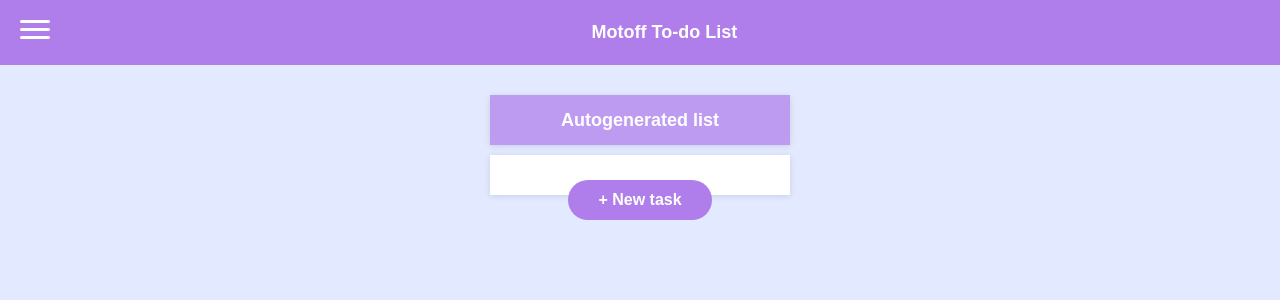
Repository: Amad-Mlinka/Todo-List-Vanilla-JS
Page: index.html
An editor plug-in stored every save of this project. The page is shown before and after the next save, followed by the edit.
The browser window is 1280 px wide. The pictures show the whole page.
The page's requests for data from a server got no answer.

Above is the page before, as saved 2021-09-15 15:15:51.

### index.html
<!DOCTYPE html>
<html lang="en">
  <head>
    <meta charset="UTF-8" />
    <meta http-equiv="X-UA-Compatible" content="IE=edge" />
    <meta name="viewport" content="width=device-width, initial-scale=1.0" />
    <title>ToDo list</title>
    <link rel="stylesheet" href="/styles/style.css" />
    <link rel="stylesheet" href="/styles/hamburger.css" />
    <link rel="stylesheet" href="/styles/header.css" />
    <script
  src="https://code.jquery.com/jquery-3.6.0.slim.min.js"
  integrity="sha256-u7e5khyithlIdTpu22PHhENmPcRdFiHRjhAuHcs05RI="
  crossorigin="anonymous"></script>
    <script src="script.js"></script>
  </head>
  <body>
    <div class="headerContainer">
      <div class="header">
        <div class="hamburger" id="hamburger">
          <span></span>
          <span></span>
          <span></span>
        </div>
        <div class="titleContainer">
          <span class="title">Motoff To-do List</span>
        </div>
      </div>

      <div class="sidebar"></div>
    </div>
    <div class="container">
      <div class="listContainer">
        <div class="listItem" id="autogenerated">
          <div class="todoHeader">Autogenerated list</div>
          <div class="todoData">

          </div>
          <div class="addBtnContainer">
            <div class="addTaskBtn">+ New task</div>
          </div>
        </div>
      </div>
    </div>
  </body>
</html>

### styles/style.css
* {
  padding: 0;
  margin: 0;
}

body {
  background-color: rgb(227, 233, 255);
}
.container {
  display: flex;
  flex-direction: column;
  width: 80%;
  margin: auto;
}
.listContainer {
  width: 100%;
  display: flex;
  flex-direction: row;
  flex-wrap: wrap;
  justify-content: center;
}
.listItem {
  display: flex;
  flex-direction: column;
  width: 300px;
  margin: 30px;

}
.todoHeader {
  width: 100%;
  padding: 10px 0px;
  display: flex;
  justify-content: center;
  align-items: center;
  height: 30px;
  background: #af7eeab9;
  font-family: sans-serif;
  font-size: 18px;
  font-weight: bolder;
  color: white;
  margin-bottom: 10px;
  box-shadow: 0px 1px 6px 0px rgb(0 0 0 / 12%);
  -webkit-box-shadow: 0px 1px 6px 0px rgb(0 0 0 / 12%);
  -moz-box-shadow: 0px 1px 6px 0px rgb(0 0 0 / 12%);
}
.todoData {
  display: flex;
  flex-direction: column;
  background: #fff;
  padding: 20px;
  box-shadow: 0px 1px 6px 0px rgb(0 0 0 / 12%);
  -webkit-box-shadow: 0px 1px 6px 0px rgb(0 0 0 / 12%);
  -moz-box-shadow: 0px 1px 6px 0px rgb(0 0 0 / 12%);
}
.todoItem {
  display: flex;
  width: 100%;
  justify-content: space-between;
  margin: 10px 0;
}
.checkDescription {
  width: fit-content;
  max-width: 90%;
  display: flex;
  align-items: center;
}
.todoCheck {
  margin-right: 20px;
}

.deleteIcon {
  width: 13px;
  color: #b7bac9;
}
.checkCircle {
  width: 1.3em;
  height: 1.3em;
  background-color: white;
  border-radius: 50%;
  vertical-align: middle;
  border: 2px solid #b7bac9;
  appearance: none;
  -webkit-appearance: none;
  outline: none;
  cursor: pointer;
}
.checkCircle:checked {
  background-color: #af7eeab9;
}
.todoDescription {
  font-family: sans-serif;
  font-size: 16px;
  font-weight: bolder;
  color: #b7bac9;
  overflow-wrap: anywhere;
}

.addBtnContainer {
  margin: -15px auto 0px auto;
  height: 30px;
  padding: 5px 30px;
  border-radius: 20px;
  background: #af7eea;
  font-family: sans-serif;
  font-weight: bolder;
  color: #fff;
  display: flex;
  align-items: center;
  cursor: pointer;
  transition: all 0.3s ease-in-out;
}
.addBtnContainer:hover {
  transform: scale(1.1);
  transition: all 0.3s ease-in-out;
}

### styles/hamburger.css

  .hamburger {
    width: 30px;
    height: 25px;
    position: relative;
    -webkit-transform: rotate(0deg);
    -moz-transform: rotate(0deg);
    -o-transform: rotate(0deg);
    transform: rotate(0deg);
    -webkit-transition: 0.5s ease-in-out;
    -moz-transition: 0.5s ease-in-out;
    -o-transition: 0.5s ease-in-out;
    transition: 0.5s ease-in-out;
    cursor: pointer;
    margin: 10px;
  }

  .hamburger span {
    position: absolute;
    height: 3px;
    width: 30px;
    background: white;
    border-radius: 10px;
    opacity: 1;
    left: 0;
    -webkit-transform: rotate(0deg);
    -moz-transform: rotate(0deg);
    -o-transform: rotate(0deg);
    transform: rotate(0deg);
    -webkit-transition: 0.25s ease-in-out;
    -moz-transition: 0.25s ease-in-out;
    -o-transition: 0.25s ease-in-out;
    transition: 0.25s ease-in-out;
  }


  .hamburger span:nth-child(1) {
  top: 0px;
  -webkit-transform-origin: left center;
  -moz-transform-origin: left center;
  -o-transform-origin: left center;
  transform-origin: left center;
  }

  .hamburger span:nth-child(2) {
  top: 8px;
  -webkit-transform-origin: left center;
  -moz-transform-origin: left center;
  -o-transform-origin: left center;
  transform-origin: left center;
  }

  .hamburger span:nth-child(3) {
  top: 16px;
  -webkit-transform-origin: left center;
  -moz-transform-origin: left center;
  -o-transform-origin: left center;
  transform-origin: left center;
  }

  .hamburger.open span:nth-child(1) {
  -webkit-transform: rotate(45deg);
  -moz-transform: rotate(45deg);
  -o-transform: rotate(45deg);
  transform: rotate(45deg);
  top: -3px;
  left: 4px;
  }

  .hamburger.open span:nth-child(2) {
  width: 0%;
  opacity: 0;
  }

  .hamburger.open span:nth-child(3) {
  -webkit-transform: rotate(-45deg);
  -moz-transform: rotate(-45deg);
  -o-transform: rotate(-45deg);
  transform: rotate(-45deg);
  top: 18px;
  left: 4px;
  }

### styles/header.css
.header{
    display: flex;
    flex-direction: row;
    justify-content:space-between;
    background-color:#af7eea;
    padding: 10px;
}
.titleContainer{
    width: 100%;
    display: flex;
}
.title{
    color: white;
    margin: auto;
    font-family: sans-serif;
    font-size:18px;
    font-weight: bolder;
}

### script.js
var getTodos = async () => {
    var res = await fetch("https://jsonplaceholder.typicode.com/todos");
    var todosFull = await res.json();
    var todos = todosFull.slice(0, 20);
    console.log("Todos loaded")
    return todos;
}
var todoList = {
    todos: [],
    addTodo: function ({ userId, id, title, completed }) {
        this.todos.push({
            userId: userId,
            id: id,
            title: title,
            completed: completed,
        });
    },
    deleteTodo: function (position) {
        this.todos.splice(position, 1);
    },
    toggleCompleted: function (position) {
        var todo = this.todos[position];
        todo.completed = !todo.completed;
    },
};
const test = (i) => {
    console.log(i)
}

$(async () => {
    const hamburger = $("#hamburger")
    hamburger.click(function () {
        $(this).hasClass("open") ? $(this).removeClass("open") : $(this).addClass("open")
    })
    console.log("Hamburger loaded");

    const todos = await getTodos();
    todos.forEach(todo => todoList.addTodo(todo))
    console.log(todoList)
    var list=$(".todoData")

    todoList.todos.forEach((todo, i) => {
        var todoItem = $(`<div></div>`).addClass("todoItem").attr("id", i);
        var checkDescription=$("<div></div>").addClass("checkDescription")
        var todoCheck= $("<div></div>").addClass("todoCheck");
        var input=$("<input></input>").addClass("checkCircle").attr("type","checkbox").attr("id",i)
        todo.completed ? input.attr("checked","") : null;
        var todoDescription=$("<div></div>").addClass("todoDescription").text(todo.title)

        todoCheck.append(input)

        checkDescription.append(todoCheck).append(todoDescription)

        var todoDelete = $("<div></div>").addClass("todoDelete").attr("id",i)
        var deleteIcon=$("<img></img>").addClass("deleteIcon").attr("src","/public/images/trash.png")

        todoDelete.append(deleteIcon)

        input.change(function (){
            todoList.toggleCompleted($(this).attr("id"))
        })

        todoDelete.click(function() {
            todoList.deleteTodo($(this).attr("id"))
            console.log($(this).attr("id"))
            console.log(todoList.todos)
            $(this).parent().remove()
        })

        todoItem.append(checkDescription).append(todoDelete)
        list.append(todoItem)

    })


})

/*
 <div class="todoItem">
              <div class="checkDescription">
                <div class="todoCheck"><input type="checkbox" defaultchecked="false" class="checkCircle"></input></div>
                <div class="todoDescription">
                  <span class="todoText">Some kind of todo</span>
                </div>
              </div>

              <div class="todoDelete">
                  <img
                    class="deleteIcon"
                    src="/public/images/trash.png"
                    alt=""
                  />
                <div class="deleteTooltip"></div>
              </div>
            </div>
*/

After the next save:
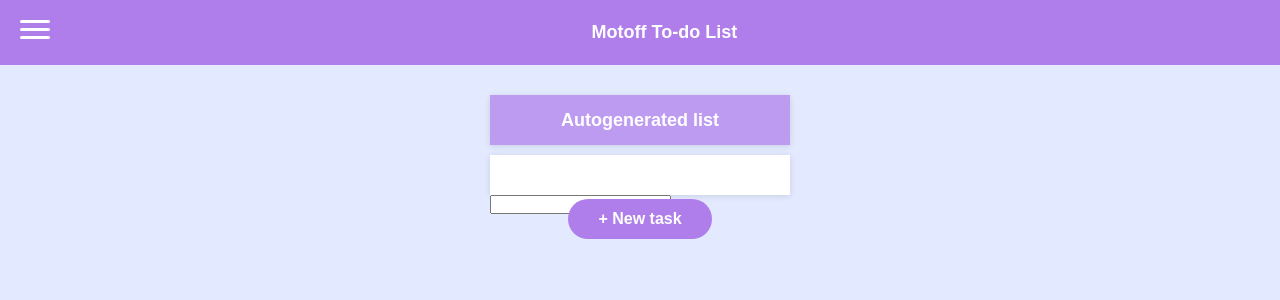
Saved 3 min 5 s later.
--- a/index.html
+++ b/index.html
@@ -36,6 +36,9 @@
           <div class="todoData">
 
           </div>
+          <div class="newTask">
+            <input type="text" name="newTask" id="newTask">
+          </div>
           <div class="addBtnContainer">
             <div class="addTaskBtn">+ New task</div>
           </div>
